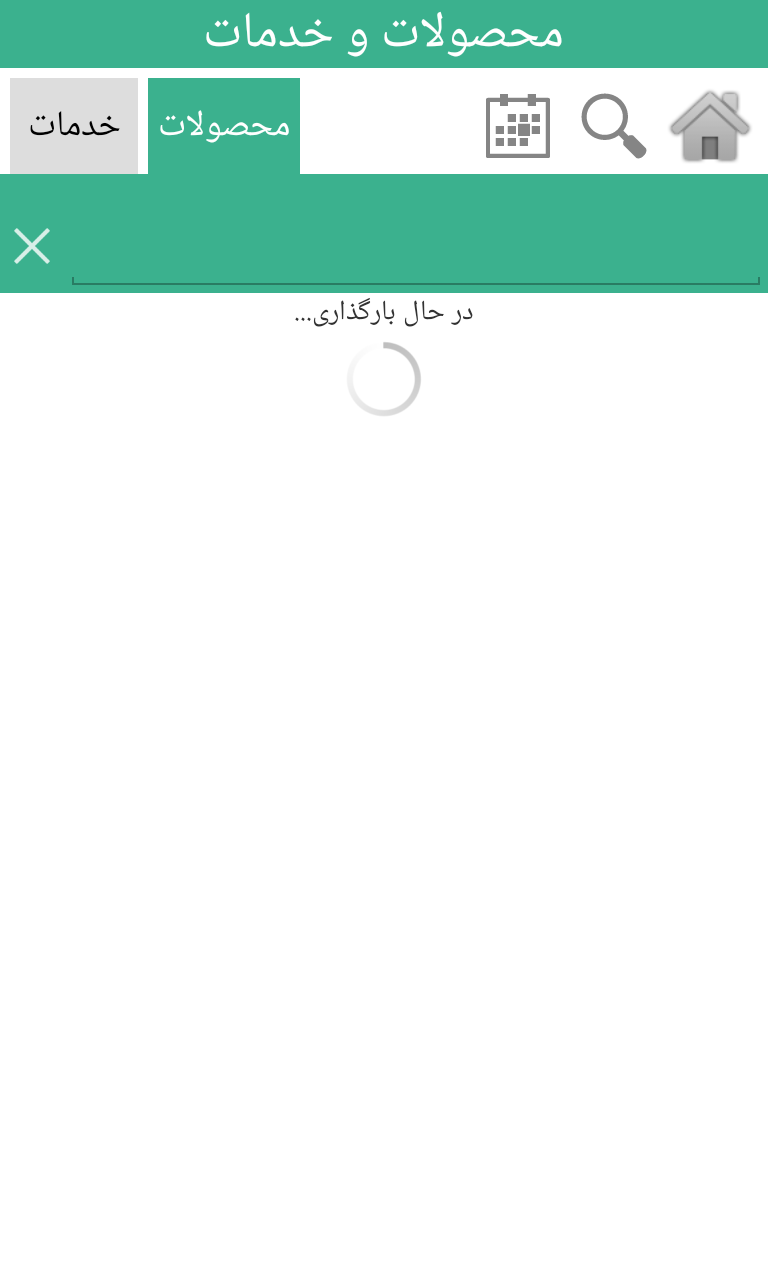
Repository: AtiehPardaz/CRM-Mobile
Layout: Crm-Mobile/res/layout/activity_product_services.xml
An editor plug-in stored every save of this project. The layout is shown before and after the next save, followed by the edit.
It is drawn on a 768 x 1280 px phone screen (xhdpi) without system bars, with theme android:Theme.Holo.Light.NoActionBar.Fullscreen; the app's code is not run. Lists and similar views that code fills are empty.

Above is the layout before, as saved 2015-02-21 14:26:58.

### Crm-Mobile/res/layout/activity_product_services.xml
<?xml version="1.0" encoding="utf-8"?>
<LinearLayout xmlns:android="http://schemas.android.com/apk/res/android"
    android:layout_width="match_parent"
    android:layout_height="match_parent"
    android:orientation="vertical" >

    <LinearLayout
        android:layout_width="match_parent"
        android:layout_height="wrap_content"
        android:background="@color/bg_action_green"
        android:gravity="center"
        android:orientation="horizontal" >

        <TextView
            android:id="@+id/tv_title_product_servisec"
            android:layout_width="wrap_content"
            android:layout_height="wrap_content"
            android:layout_gravity="center"
            android:text="محصولات و خدمات"
            android:textAppearance="?android:attr/textAppearanceLarge"
            android:textColor="#ffffff"
            android:textSize="25sp" />
    </LinearLayout>

    <View
        android:id="@+id/View02"
        android:layout_width="0dp"
        android:layout_height="5dp" />

    <LinearLayout
        android:layout_width="match_parent"
        android:layout_height="wrap_content"
        android:layout_gravity="right|center"
        android:gravity="right"
        android:orientation="horizontal" >

        <Button
            android:id="@+id/btn_servisec_productservices"
            android:layout_width="wrap_content"
            android:layout_height="wrap_content"
            android:layout_gravity="left"
            android:layout_marginLeft="5dp"
            android:layout_marginRight="5dp"
            android:background="#dddddd"
            android:paddingLeft="5dp"
            android:paddingRight="5dp"
            android:text="خدمات" />

        <Button
            android:id="@+id/btn_product_productservices"
            android:layout_width="wrap_content"
            android:layout_height="wrap_content"
            android:layout_gravity="left"
            android:background="@color/bg_action_green"
            android:paddingLeft="5dp"
            android:paddingRight="5dp"
            android:text="محصولات"
            android:textColor="#ffffff" />

        <View
            android:id="@+id/View05"
            android:layout_width="0dp"
            android:layout_height="0dp"
            android:layout_weight="1" />

        <ImageButton
            android:id="@+id/btn_monthview_productservices"
            android:layout_width="48dp"
            android:layout_height="48dp"
            android:layout_gravity="center"
            android:background="@drawable/taghvim" />

        <ImageButton
            android:id="@+id/btn_search_productservices"
            android:layout_width="48dp"
            android:layout_height="48dp"
            android:layout_gravity="center"
            android:background="@drawable/search" />

        <ImageButton
            android:id="@+id/btn_home_productservices"
            android:layout_width="48dp"
            android:layout_height="48dp"
            android:layout_marginRight="5dp"
            android:background="@drawable/home" />
    </LinearLayout>

    <LinearLayout
        android:layout_width="match_parent"
        android:layout_height="wrap_content"
        android:background="@color/bg_action_green"
        android:orientation="vertical" >

        <View
            android:id="@+id/View01"
            android:layout_width="0dp"
            android:layout_height="20dp"
            android:layout_weight="2" />

        <LinearLayout
            android:id="@+id/ll_search"
            android:layout_width="match_parent"
            android:layout_height="wrap_content"
            android:layout_weight="2"
            android:visibility="visible" >

            <ImageButton
                android:id="@+id/imgbtn_clearsearch_productservises"
                android:layout_width="32dp"
                android:layout_height="32dp"
                android:background="@drawable/cancel" />

            <EditText
                android:id="@+id/et_search_productservices"
                android:layout_width="match_parent"
                android:layout_height="wrap_content"
                android:layout_weight="2"
                android:ems="10"
                android:gravity="right" />

        </LinearLayout>

    </LinearLayout>

    <LinearLayout
        android:id="@+id/LinearLayout1"
        android:layout_width="match_parent"
        android:layout_height="match_parent"
        android:layout_gravity="center"
        android:gravity="center"
        android:orientation="vertical" >

        <LinearLayout
            android:id="@+id/ll_loading_serviseandproduct"
            android:layout_width="wrap_content"
            android:layout_height="wrap_content"
            android:orientation="vertical"
            android:visibility="visible" >

            <TextView
                android:id="@+id/tv_loadin"
                android:layout_width="wrap_content"
                android:layout_height="wrap_content"
                android:gravity="center"
                android:text="در حال بارگذاری..."
                android:visibility="visible" />

            <ProgressBar
                android:id="@+id/progressBar1"
                android:layout_width="wrap_content"
                android:layout_height="wrap_content"
                android:layout_gravity="center" />
        </LinearLayout>

        <ListView
            android:id="@+id/lv_product_servisec"
            android:layout_width="fill_parent"
            android:layout_height="wrap_content"
            android:layout_weight="1"
            android:focusable="false"
            android:visibility="visible" >
        </ListView>
    </LinearLayout>

</LinearLayout>

### Crm-Mobile/res/values/colors.xml
<?xml version="1.0" encoding="utf-8"?>
<resources>

    <color name="first_row_text_color">#FFFFFF</color>
    <color name="holidays_text_color">#6E97B9</color>
    <color name="first_row_background_color">#DDDDDD</color>

    <!-- solely used on QiblaCompassView -->
    <color name="background_color">#6E97B9</color>
    <color name="marker_color">#FFFFFF</color>
    <color name="text_color">#000000</color>
    <color name="bg_action_green">#3BB18E</color>

</resources>

After the next save:
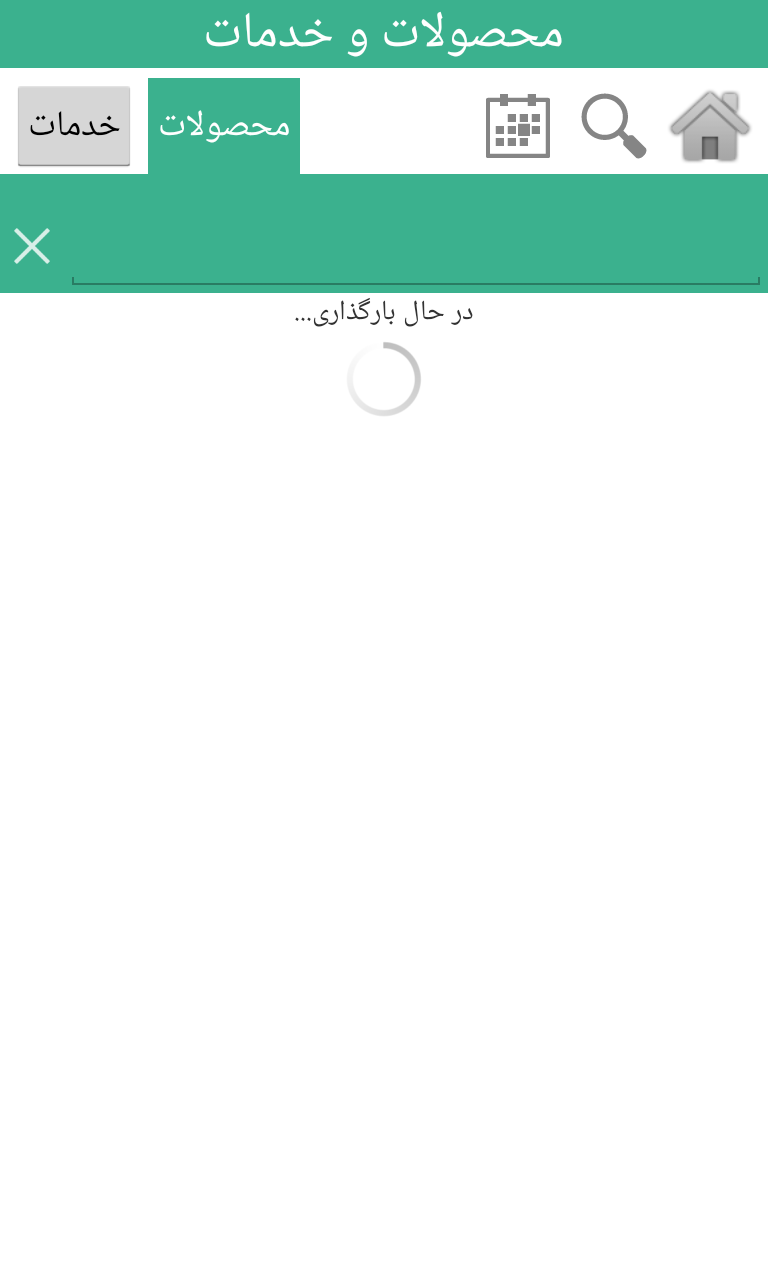
Saved 2 min 27 s later.
--- a/Crm-Mobile/res/layout/activity_product_services.xml
+++ b/Crm-Mobile/res/layout/activity_product_services.xml
@@ -41,7 +41,6 @@
             android:layout_gravity="left"
             android:layout_marginLeft="5dp"
             android:layout_marginRight="5dp"
-            android:background="#dddddd"
             android:paddingLeft="5dp"
             android:paddingRight="5dp"
             android:text="خدمات" />
--- a/Crm-Mobile/res/values/colors.xml
+++ b/Crm-Mobile/res/values/colors.xml
@@ -10,5 +10,6 @@
     <color name="marker_color">#FFFFFF</color>
     <color name="text_color">#000000</color>
     <color name="bg_action_green">#3BB18E</color>
+    <color name="bg_action_gray"> #dddddd</color>
 
 </resources>

After the save that followed:
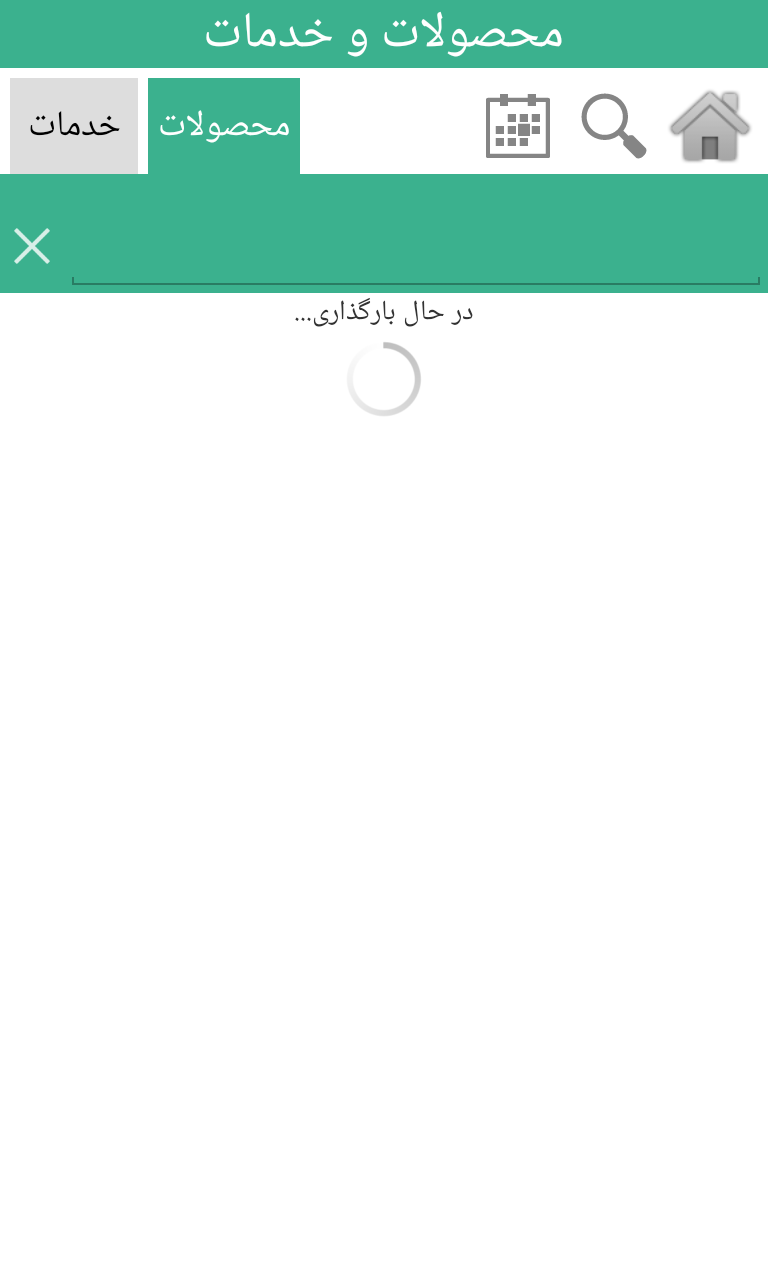
Saved 96 s later.
--- a/Crm-Mobile/res/layout/activity_product_services.xml
+++ b/Crm-Mobile/res/layout/activity_product_services.xml
@@ -41,6 +41,7 @@
             android:layout_gravity="left"
             android:layout_marginLeft="5dp"
             android:layout_marginRight="5dp"
+            android:background="@color/bg_action_gray"
             android:paddingLeft="5dp"
             android:paddingRight="5dp"
             android:text="خدمات" />
